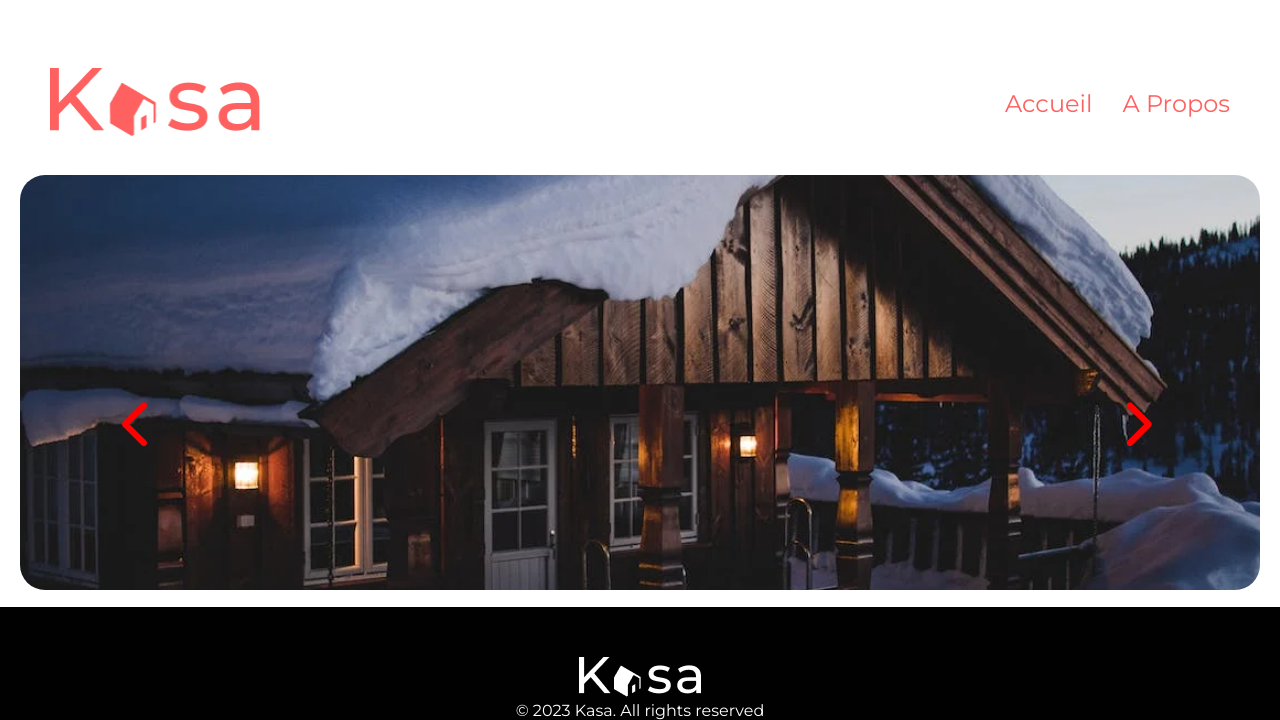
Repository: Ascaris29/Kasa_oc
Page: /essai (app in kasa_project/)
These files come from the project's save history. The page is drawn as it stood at one moment and after the next save; the edit follows.
The browser window is 1280 px wide. The pictures show the whole page.
Some web libraries are served in a nearby version. The project was rebuilt for these pictures with package versions that can differ from the ones it lists, and the page was loaded fresh each time. Also part of the build but not shown: kasa_project/src/pages/homepage/Homepage.module.scss, kasa_project/src/pages/homepage/components/CardLogement.module.scss, kasa_project/src/pages/homepage/components/CardLogement.js, kasa_project/src/pages/homepage/Homepage.js, kasa_project/src/pages/404/404.module.scss, kasa_project/src/pages/404/404.js, kasa_project/src/pages/a_propos/APropos.module.scss, kasa_project/src/pages/a_propos/components/CardDescription.module.scss and 6 more.

Above is the page before, as saved 2023-03-16 16:20:45.

### kasa_project/public/index.html
<!DOCTYPE html>
<html lang="fr">
  <head>
    <meta charset="utf-8" />
    <link rel="icon" href="%PUBLIC_URL%/favicon.ico" />
    <meta name="viewport" content="width=device-width, initial-scale=1" />
    <meta name="theme-color" content="#000000" />
    <meta
      name="description"
      content="Web site created using create-react-app"
    />
    <link rel="apple-touch-icon" href="%PUBLIC_URL%/logo192.png" />
    <!--
      manifest.json provides metadata used when your web app is installed on a
      user's mobile device or desktop. See https://developers.google.com/web/fundamentals/web-app-manifest/
    -->

    <!----------------------------------------------------------- Fonts ----------------------------------------------------------------------->
    <link rel="preconnect" href="https://fonts.googleapis.com">
    <link rel="preconnect" href="https://fonts.gstatic.com" crossorigin>
    <link href="https://fonts.googleapis.com/css2?family=Montserrat:wght@400;500;600&family=Roboto&display=swap" rel="stylesheet">
    <!----------------------------------------------------------- Icons ----------------------------------------------------------------------->
    <script src="https://kit.fontawesome.com/e65359aae8.js" crossorigin="anonymous"></script>
    <!--
      Notice the use of %PUBLIC_URL% in the tags above.
      It will be replaced with the URL of the `public` folder during the build.
      Only files inside the `public` folder can be referenced from the HTML.

      Unlike "/favicon.ico" or "favicon.ico", "%PUBLIC_URL%/favicon.ico" will
      work correctly both with client-side routing and a non-root public URL.
      Learn how to configure a non-root public URL by running `npm run build`.
    -->
    <title>Kasa</title>
  </head>
  <body>
    <noscript>You need to enable JavaScript to run this app.</noscript>
    <div id="root"></div>
    <!--
      This HTML file is a template.
      If you open it directly in the browser, you will see an empty page.

      You can add webfonts, meta tags, or analytics to this file.
      The build step will place the bundled scripts into the <body> tag.

      To begin the development, run `npm start` or `yarn start`.
      To create a production bundle, use `npm run build` or `yarn build`.
    -->
  </body>
</html>

### kasa_project/src/index.js
import React from 'react';
import ReactDOM from 'react-dom/client';
import App from './App';
import reportWebVitals from './reportWebVitals';
import './assets/styles/index.scss';
import { RouterProvider } from 'react-router-dom';
import { router } from "./router";

const root = ReactDOM.createRoot(document.getElementById('root'));
root.render(
  <React.StrictMode>
    <RouterProvider router={router} />
  </React.StrictMode>
);

// If you want to start measuring performance in your app, pass a function
// to log results (for example: reportWebVitals(console.log))
// or send to an analytics endpoint. Learn more: https://bit.ly/CRA-vitals
reportWebVitals();

### kasa_project/src/App.js
import Header from "./components/header/Header";
import Footer from "./components/footer/Footer";
import style from "./App.module.scss";
import Homepage from "./pages/homepage/Homepage";
import { Outlet } from "react-router-dom";

function App() {
  return (
      <div className={`${style.app} d-flex flex-column`}>
        <Header />
          <Outlet />
        <Footer />
      </div>
  );
}

export default App;

### kasa_project/src/assets/styles/index.scss
@use './base';
@use './flex';
@use './mixins';
@use './utils';
@use './variables';

### kasa_project/src/router.js
import { createBrowserRouter } from 'react-router-dom';
import App from './App';
import Error404 from './pages/404/404';
import APropos from './pages/a_propos/APropos';
import Homepage from './pages/homepage/Homepage';
import Caroussel from './pages/logement/components/caroussel/Caroussel';
import FicheLogement from './pages/logement/FicheLogement';


export const router = createBrowserRouter([
    {
        path : "/",
        element : <App />,
        errorElement: <Error404 />,
        children : [
            {
                path : "/",
                element : <Homepage />
            } ,
            {
                path : "/homepage",
                element : <Homepage />
            },
            {
                path: "/apropos",
                element : <APropos />
            },
            {
                path: "/logement/:id",
                element : <FicheLogement />
            },
            {
                path: "/essai",
                element: <Caroussel />
            }
        ],
    }
])

### kasa_project/src/components/header/Header.js
import image from "../../assets/images/logo_header.png";
import style from "./Header.module.scss";
import { Link, NavLink } from "react-router-dom";

export default function Header(){
    return (
        <header className={`${style.header} d-flex justify-between align-center`}>
            <Link className={`${style.headerIcon}`} to="/homepage">
                <img src={image} alt="logo du site Kasa representant une maison"/>
            </Link>
            <div className={`${style.headerNav}`}>
                <ul className="d-flex">
                    <NavLink
                    className={`${style.headerItems} m-r-30`}
                    to="/homepage"
                    end
                    >
                    Accueil
                    </NavLink>
                    <NavLink
                    className={`${style.headerItems}`}
                    to="/apropos"
                    >
                    A Propos
                    </NavLink>
                </ul>
            </div>
        </header>
    )
}

### kasa_project/src/components/footer/Footer.js
import style from "./Footer.module.scss";
import image from "../../assets/images/logo_footer.png";

export default function Footer(){
    return (
        <footer className={`${style.footer} d-flex p-t-50 flex-column justify-center align-center`}>
            <div className={`${style.footerLogo} `}>
                <img src={image} alt="" />
            </div>
            <div className="footerText">
                <p>© 2023 Kasa. All rights reserved</p>
            </div>
        </footer>
    )
}

### kasa_project/src/App.module.scss
.app{
    min-height:100vh;
}

### kasa_project/src/assets/styles/_base.scss

*{
    box-sizing: border-box;
}

body{
    margin:0;
    padding:0;
    font-family: var(--montserrat);

}

p{
    margin:0;
}

li{
    list-style-type: none;

}

.link{
    color:var(--primary);
    font-size:18px;
}

.active{
    text-decoration:underline;
}

### kasa_project/src/assets/styles/_flex.scss
.d-flex{
    display: flex;
}

.flex-column{
    flex-direction : column;
}

.flex-row{
    flex-direction: row;
}

.justify-center{
    justify-content: center;
}

.align-center{
    align-items: center;
}

.flex-fill{
    flex : 1 1 auto;
}

.justify-between{
    justify-content: space-between;
}

### kasa_project/src/assets/styles/_mixins.scss
@mixin xs{
    @media (max-width:576px){
        @content;
    }
}

@mixin sm{
    @media (min-width : 577px) and (max-width : 768px){
        @content;
    }
}

@mixin sm-lt{
    @media (max-width : 768px){
        @content;
    }
}

@mixin md{
    @media (min-width : 769px) and (max-width : 992px){
        @content;
    }
}

@mixin md-lt{
    @media (max-width : 992px){
        @content;
    }
}

@mixin lg{
    @media (min-width : 993px) and (max-width : 1200px){
        @content;
    }
}

@mixin lg-lt{
    @media (max-width : 1200px){
        @content;
    }
}

@mixin xl{
    @media (min-width : 1201px){
        @content;
    }
}

### kasa_project/src/assets/styles/_utils.scss
/*------------------------------------ General ------------------------------*/
.container{
    max-width:1200px;
    margin: auto;
    width:100%;
}
.card{

}
.calc{
    position:fixed;
    top:0;
    left:0;
    width:100%;
    height:100vh;
}

/*------------------------------------ Padding ------------------------------*/
.p-5{
    padding: 5px;
}
.p-10{
    padding:10px;
}
.p-20{
   padding:20px;
}
.p-30{
    padding:30px;
}
.p-40{
    padding:40px;
}
.p-50{
    padding:50px;
}

.p-b-5{
   padding-bottom: 5px;
}
.p-b-10{
   padding-bottom: 10px;
}
.p-b-20{
    padding-bottom: 20px;
}
.p-b-30{
    padding-bottom: 30px;
}
.p-b-40{
    padding-bottom: 40px;
}
.p-b-50{
    padding-bottom: 50px;
}


.p-t-5{
    padding-top: 5px;
}
.p-t-10{
    padding-top: 10px;
}
.p-t-20{
     padding-top: 20px;
}
.p-t-30{
     padding-top: 30px;
}
.p-t-40{
    padding-top: 40px;
}
.p-t-50{
    padding-top: 50px;
}


.p-l-5{
    padding-left: 5px;
}
.p-l-10{
    padding-left: 10px;
}
.p-l-20{
     padding-left: 20px;
}
.p-l-30{
     padding-left: 30px;
}
.p-l-40{
    padding-left: 40px;
}
.p-l-50{
    padding-left: 50px;
}



.p-r-5{
    padding-right: 5px;
}
.p-r-10{
    padding-right: 10px;
}
.p-r-20{
     padding-right: 20px;
}
.p-r-30{
     padding-right: 30px;
}
.p-r-40{
    padding-right: 40px;
}
.p-r-50{
    padding-right: 50px;
}


/*------------------------------------------------ Margin -------------------------------------------*/

.m-auto{
    margin:auto;
}
.m-5{
    margin: 5px;
}
.m-10{
    margin:10px;
}
.m-20{
   margin:20px;
}
.m-30{
    margin:30px;
}
.m-40{
    margin:40px;
}
.m-50{
    margin:50px;
}



.m-b-5{
    margin-bottom: 5px;
}
.m-b-10{
    margin-bottom: 10px;
}
.m-b-20{
    margin-bottom: 20px;
}
.m-b-30{
    margin-bottom: 30px;
}
.m-b-40{
    margin-bottom: 40px;
}
.m-b-50{
    margin-bottom: 50px;
}



.m-t-5{
    margin-top: 5px;
}
.m-t-10{
    margin-top: 10px;
}
.m-t-20{
     margin-top: 20px;
}
.m-t-30{
     margin-top: 30px;
}
.m-t-40{
    margin-top: 40px;
}
.m-t-50{
    margin-top: 50px;
}




.m-l-5{
    margin-left: 5px;
}
.m-l-10{
    margin-left: 10px;
}
.m-l-20{
     margin-left: 20px;
}
.m-l-30{
     margin-left: 30px;
}
.m-l-40{
    margin-left: 40px;
}
.m-l-50{
    margin-left: 50px;
}




.m-r-5{
    margin-right: 5px;
}
.m-r-10{
    margin-right: 10px;
}
.m-r-20{
     margin-right: 20px;
}
.m-r-30{
     margin-right: 30px;
}
.m-r-40{
    margin-right: 40px;
}
.m-r-50{
    margin-right: 50px;
}

### kasa_project/src/assets/styles/_variables.scss

/*----------------------------------------------------------------------------Color-----------------------------------------------------------------*/

:root{
    --primary: #FF6060;
    --grey1:#F6F6F6;
    --grey2: #E3E3E3;
    --grey3:#C4C4C4;
    --black: #010101;
    /*----------------------------------------------------------------------------Font-----------------------------------------------------------------*/
    --montserrat : 'Montserrat', sans-serif;
    --radius:25px;
}

### kasa_project/src/pages/logement/components/caroussel/Caroussel.js
import { useState } from "react";
import style from "./Caroussel.module.scss";

import img1 from "../../../../assets/images/pexels-photo-950058.webp";
import img2 from "../../../../assets/images/pexels-photo-1013427.jpeg";
import img3 from "../../../../assets/images/pexels-photo-1612351.jpeg";

export default function Caroussel(){

    //importer les images de l'api
    const arrayImage = [
        img1,
        img2,
        img3
    ];

    const [index, setIndex] = useState(0);

    //console.log(arrayImage);
    function handleClickCarousselPrev(){
        if(index > 0 && index < arrayImage.length){
            let i = index - 1;
            setIndex(i);
        }else{
            setIndex(arrayImage.length -1);
        }
    }

    function handleClickCarousselAfter(){
        if(index < arrayImage.length){
            let i = index + 1;
            setIndex(i);
        };
    }

    //a voir avec julien
    if(index === arrayImage.length){
        setIndex(0)
    }

    return (
        <div className={`${style.caroussel}`}>
            { arrayImage.map((item, i) => i === index && (
                <img src={item} alt="" className={`${style.carousselImage}`}/>
            )
            )}
            <i className={`${style.chevronLeft} fa-solid fa-chevron-left`} onClick={handleClickCarousselPrev}></i>
            <i className={`${style.chevronRight} fa-solid fa-chevron-right`} onClick={handleClickCarousselAfter}></i>
        </div>
    )



}

### kasa_project/src/components/header/Header.module.scss
@use "../../assets/styles/mixins" as mixin;

.header{
    max-width:1240px;
    margin:auto;
    width:100%;
    padding:50px 30px 0 30px;
    .headerIcon{
        img{
            width:210px;
            height:68px;
            @include mixin.sm-lt{
                width:145px;
                height:47px;
            }
            @include mixin.xs{
                width:99px;
                height:35px;
            }
        }
    }

}
/*sorti de la classe header car sinon je ne peux pas mettre de classe active dessus*/
.headerItems{
    color:var(--primary);
    text-decoration:none;
    cursor:pointer;
    font-size:24px;
    @include mixin.sm-lt{
        font-size:20px;
    }
    @include mixin.xs{
        font-size:15px;
    }
}

### kasa_project/src/components/footer/Footer.module.scss
.footer{
    background-color:var(--black);
    color:white;
    .footerLogo{
        img{
            width:122px;
            height:40px;
        }
    }
}

### kasa_project/src/pages/logement/components/caroussel/Caroussel.module.scss
.caroussel{
    max-width:1240px;
    margin:auto;
    width:100%;
    height:415px;
    position:relative;
    .carousselImage{
        width:100%;
        height:100%;
        object-fit:cover;
        display:block;
        border-radius:var(--radius);
    }
    .chevronRight{
        position:absolute;
        top:60%;
        left:90%;
        font-size:50px;
        color:red;
        transform:translate(-50%, -50%);
    }
    .chevronLeft{
        position:absolute;
        top:60%;
        right:88%;
        font-size:50px;
        color:red;
        transform:translate(-50%, -50%);
    }
}

Loaded but not shown: kasa_project/src/reportWebVitals.js (common file)

After the next save:
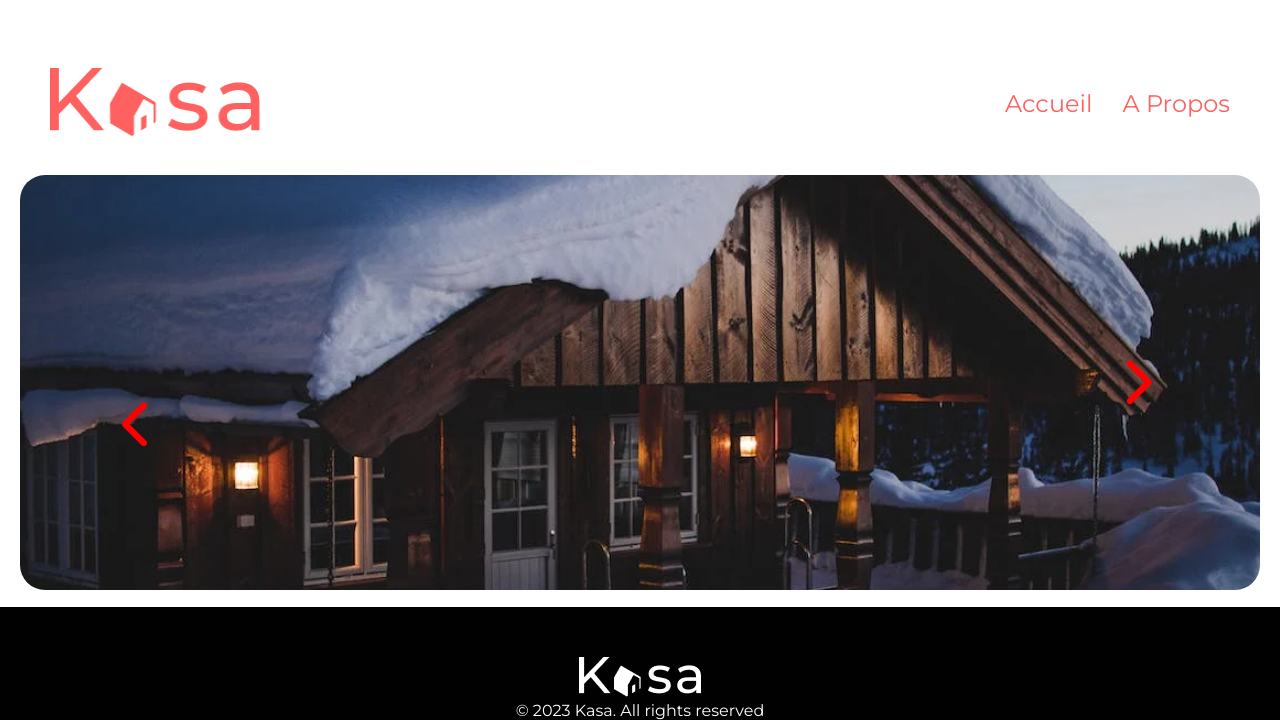
Saved 46 s later.
--- a/kasa_project/src/pages/logement/components/caroussel/Caroussel.module.scss
+++ b/kasa_project/src/pages/logement/components/caroussel/Caroussel.module.scss
@@ -13,7 +13,7 @@
     }
     .chevronRight{
         position:absolute;
-        top:60%;
+        top:50%;
         left:90%;
         font-size:50px;
         color:red;
